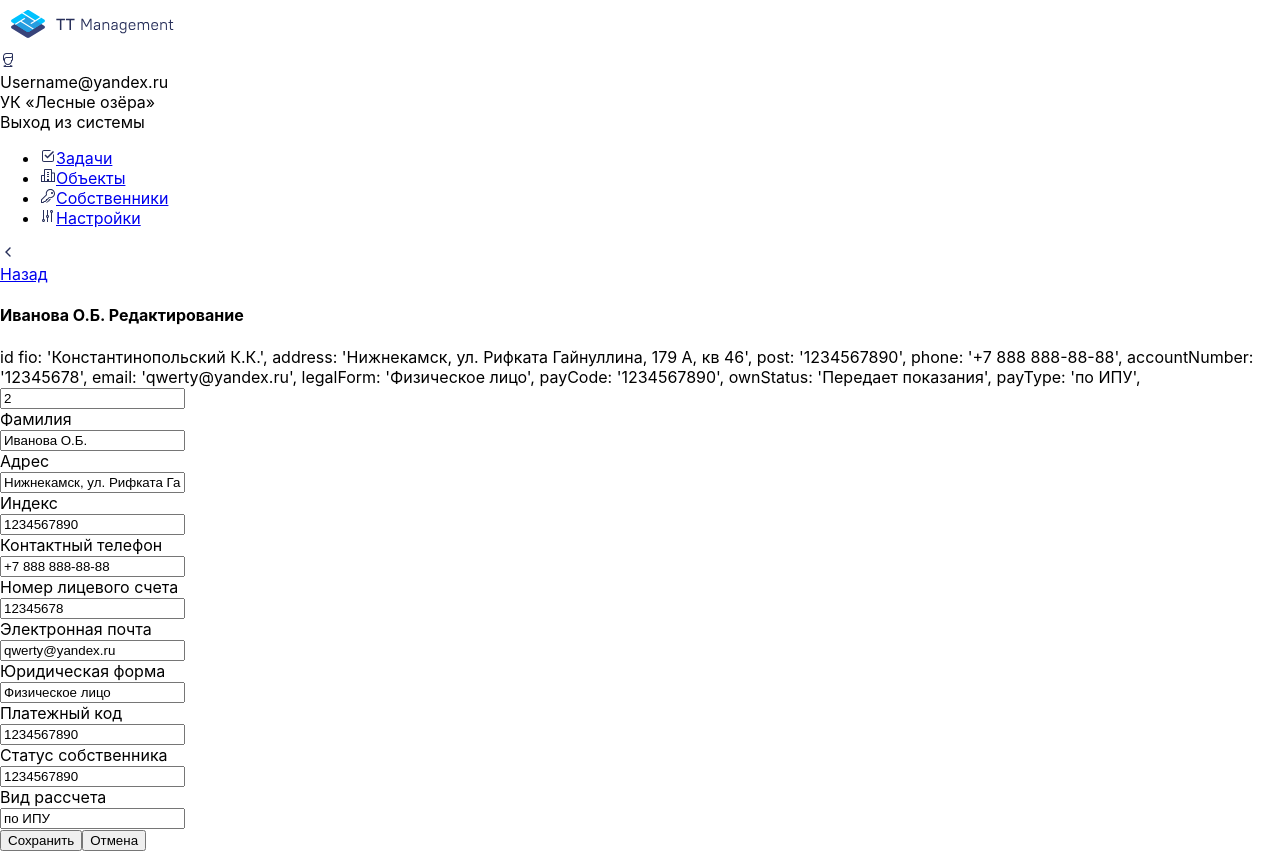
Repository: TryBr/tt-management
Page: /owners/1/edit
An editor plug-in stored every save of this project. The page is shown before and after a run of saves, followed by the edit.
The browser window is 1280 px wide. The pictures show the whole page.
The project was rebuilt for these pictures with package versions that can differ from the ones it lists, and the page was loaded fresh each time. Also part of the build but not shown: src/App.css, src/TaskDetail.js, src/Owners.js, src/OwnerDetail.js.

Above is the page before, as saved 2020-07-21 13:43:02.

After the next 2 saves:
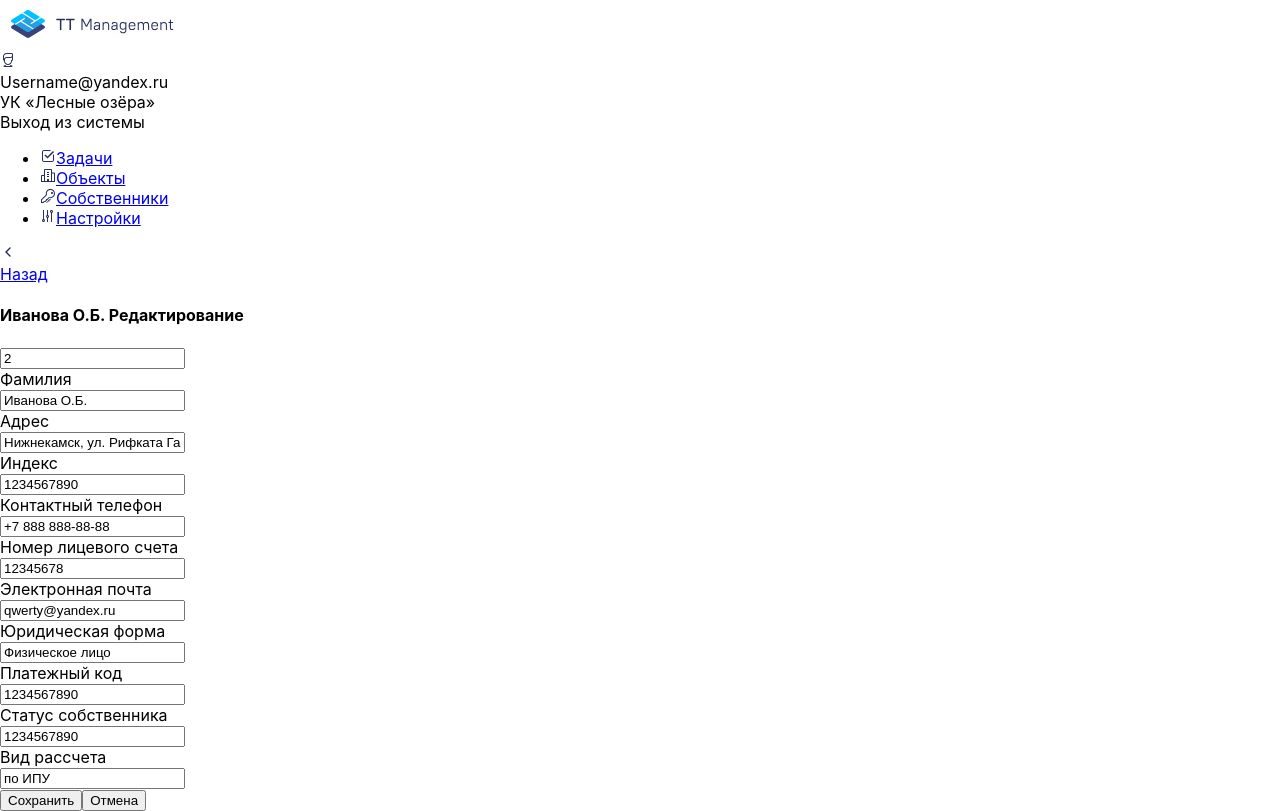
The 2 saves are shown as one change because they came seconds apart.
The last was saved 12 s later.
--- a/src/OwnerEdit.js
+++ b/src/OwnerEdit.js
@@ -43,17 +43,6 @@ const OwnerEdit = ({ owner, onOwnEdit }) => {
             <Row>
                 <Col span={12}>
                         <Form layout={"vertical"} size={"middle"} onFinish={onFinish}>
-                            id
-                            fio: 'Константинопольский К.К.',
-                            address: 'Нижнекамск, ул. Рифката Гайнуллина, 179 А, кв 46',
-                            post: '1234567890',
-                            phone: '+7 888 888-88-88',
-                            accountNumber: '12345678',
-                            email: 'qwerty@yandex.ru',
-                            legalForm: 'Физическое лицо',
-                            payCode: '1234567890',
-                            ownStatus: 'Передает показания',
-                            payType: 'по ИПУ',
                             <Form.Item name="id" initialValue={owner[id].id} hidden="true">
                                 <Input />
                             </Form.Item>
